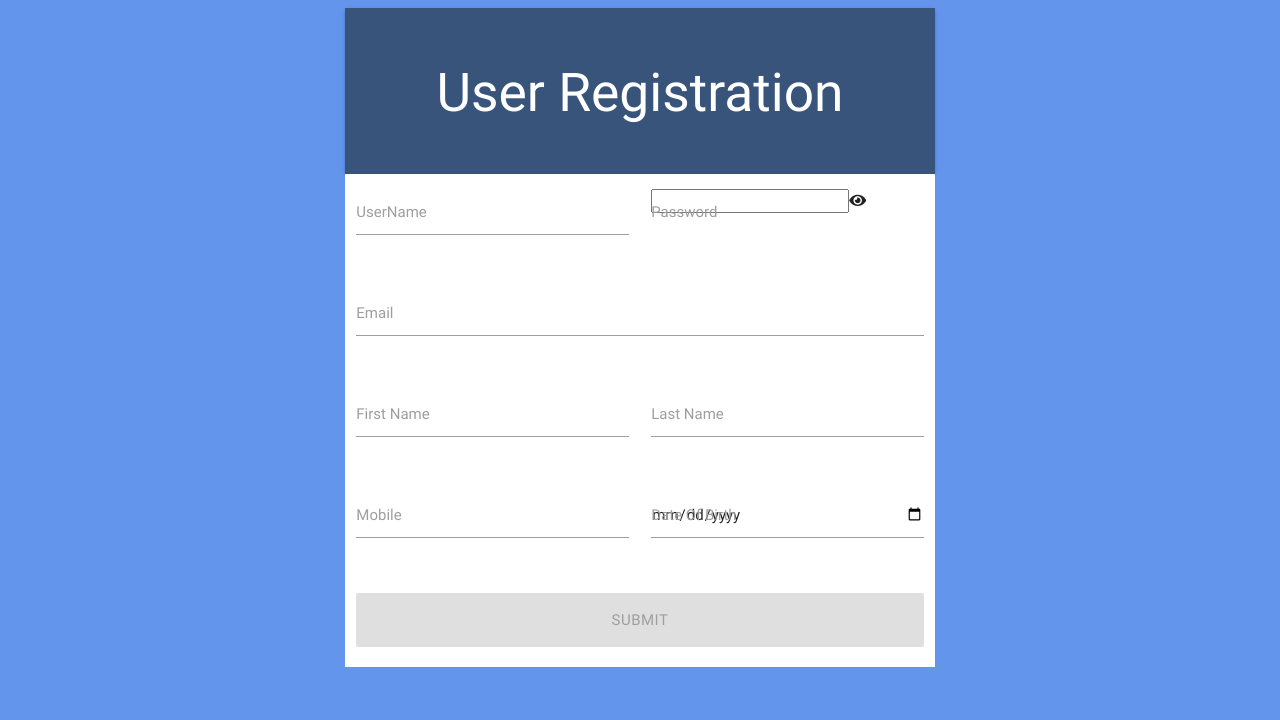
Repository: Nirmit04/Session-Management
Page: / (app in webapp/)
An editor plug-in stored every save of this project. The page is shown before and after the next save, followed by the edit.
The browser window is 1280 px wide. The pictures show the whole page.
Some web libraries are served in a nearby version. The project was rebuilt for these pictures with package versions that can differ from the ones it lists, and the page was loaded fresh each time. Also part of the build but not shown: webapp/angular.json.

Above is the page before, as saved 2019-02-14 17:36:28.

### webapp/src/index.html
<!doctype html>
<html lang="en">

<head>
  <meta charset="utf-8">
  <title>Llr</title>
  <base href="/">

  <meta name="viewport" content="width=device-width, initial-scale=1">
  <link rel="icon" type="image/x-icon" href="favicon.ico">
  <link rel="stylesheet" href="https://use.fontawesome.com/releases/v5.7.2/css/all.css" integrity="sha384-fnmOCqbTlWIlj8LyTjo7mOUStjsKC4pOpQbqyi7RrhN7udi9RwhKkMHpvLbHG9Sr" crossorigin="anonymous">
  <link rel="stylesheet" href="https://cdnjs.cloudflare.com/ajax/libs/materialize/0.100.2/css/materialize.min.css">
</head>

<body style="background-color:#6495ED;">
  <app-root></app-root>
  <script src="https://ajax.googleapis.com/ajax/libs/jquery/3.2.1/jquery.min.js"></script>
  <script src="https://cdnjs.cloudflare.com/ajax/libs/materialize/0.100.2/js/materialize.min.js"></script>
</body>

</html>

### webapp/src/styles.css
/* You can add global styles to this file, and also import other style files */
div.sm-jumbotron{
    margin: 0px;
    padding: 2rem;
    background-color: #38547b;
    color: #fff;
}

button.btn-submit{
    background-color: #38547b;
    color: #fff;
    width: 100%;
}
button.btn-submit:focus,button.btn-submit:hover{
    background-color: #38547b;
}

input.ng-invalid.ng-dirty{
    border-bottom-color : #e91e63 !important;
    box-shadow: 0 1px 0 0 #e91e63 !important;
}

#toast-container > div {
    opacity:1;
}

#abc{
    display:block;
}

### webapp/src/app/app.module.ts
import { BrowserModule } from '@angular/platform-browser';
import { NgModule } from '@angular/core';
import { FormsModule } from '@angular/forms';
import { AppRoutingModule } from './app-routing.module';
import { AppComponent } from './app.component';
import { SignUpComponent } from './sign-up/sign-up/sign-up.component';
import { HttpClientModule } from '@angular/common/http';
import { UserService } from './shared/user.service';
import { ToastrModule } from 'ngx-toastr';
import { BrowserAnimationsModule } from '@angular/platform-browser/animations';
@NgModule({
  declarations: [
    AppComponent,
    SignUpComponent
  ],
  imports: [
    BrowserModule,
    AppRoutingModule,
    FormsModule,
    HttpClientModule,
    ToastrModule.forRoot(),
    BrowserAnimationsModule
  ],
  providers: [UserService],
  bootstrap: [AppComponent]
})
export class AppModule { }

### webapp/src/app/app.component.ts
import { Component } from '@angular/core';

@Component({
  selector: 'app-root',
  templateUrl: './app.component.html',
  styleUrls: ['./app.component.css']
})
export class AppComponent {
  title = 'llr';
}

### webapp/src/app/sign-up/sign-up/sign-up.component.ts
import { Component, OnInit } from '@angular/core';
import { User } from 'src/app/shared/user.model';
import { NgForm } from '@angular/forms';
import { UserService } from 'src/app/shared/user.service';
import { ToastrService } from 'ngx-toastr';

@Component({
  selector: 'app-sign-up',
  templateUrl: './sign-up.component.html',
  styleUrls: ['./sign-up.component.css']
})
export class SignUpComponent implements OnInit {
  user: User;
  emailPattern = '^[a-z0-9._%+-]+@[a-z0-9.-]+\.[a-z]{2,4}$';

  constructor(private userService: UserService, private toastr: ToastrService) { }

  ngOnInit() {
    this.resetForm();
  }

  resetForm(form?: NgForm) {
    if (form != null) {
      form.reset();
    }
    this.user = {
      UserName: '',
      Password: '',
      Email: '',
      FirstName: '',
      LastName: '',
      Mobile: '',
      dob: null
    };
  }

  OnSubmit(form: NgForm) {
    this.userService.registerUser(form.value)
      .subscribe((data: any) => {
        if (data.Succeeded === true) {
          this.resetForm(form);
          this.toastr.success('User registration successful');
        } else {
          this.toastr.error(data.Errors[0]);
        }
      });
  }

}

### webapp/src/app/shared/user.service.ts
import { Injectable } from '@angular/core';
import { HttpClient } from '@angular/common/http';
import { HttpResponse } from '@angular/common/http';
// import { Observable } from 'rxjs';
// import 'rxjs/add/operator/map';
import { User } from './user.model';

@Injectable({
  providedIn: 'root'
})
export class UserService {
  readonly rootUrl = 'http://dfaa1473.ngrok.io';

  constructor(private http: HttpClient) { }
  registerUser(user: User) {
    const body = {
      UserName: user.UserName,
      Password: user.Password,
      Email: user.Email,
      FirstName: user.FirstName,
      LastName: user.LastName,
      Mobile: user.Mobile,
      DateOfBirth: user.dob
    };
    return this.http.post(this.rootUrl + '//api/User/Register', body);
  }

}

### webapp/src/app/app.component.html
<!--The content below is only a placeholder and can be replaced.-->
<div class="container">
  <app-sign-up></app-sign-up>
</div>
<router-outlet></router-outlet>

### webapp/src/app/sign-up/sign-up/sign-up.component.html
<div class="row">
  <div class="col s8 offset-s2">
    <div class="card">
      <div class="sm-jumbotron center-align">
        <h2>User Registration</h2>
      </div>
      <form class="col s12 white" #userRegistrationForm="ngForm" (ngSubmit)="OnSubmit(userRegistrationForm)">
        <div class="row">
          <div class="input-field col s6">
            <input  class="validate" type="text" name="UserName" #UserName="ngModel" [(ngModel)]="user.UserName"
              required>
            <label data-error="Required field!">UserName</label>
          </div>
          <div class="input-field col s6">

            <input  class="validate" [type]="visible" name="Password" #Password="ngModel" [(ngModel)]="user.Password"
              required minlength="4"> <i  (click)="toggle1()" class="fas fa-eye"></i>
            <label
              [attr.data-error]="Password.errors!=null?(Password.errors.required?'Required field!':'Minimum 4 characters needed'):''">Password</label>
          </div>
        </div>
        <div class="row">
          <div class="input-field col s12">
            <input class="validate" type="text" name="Email" #Email="ngModel" [(ngModel)]="user.Email"
              [pattern]="emailPattern">
            <label data-error="Invalid email!">Email</label>
          </div>
        </div>
        <div class="row">
          <div class="input-field col s6">
            <input type="text" name="FirstName" #FirstName="ngModel" [(ngModel)]="user.FirstName">
            <label>First Name</label>
          </div>
          <div class="input-field col s6">
            <input type="text" name="LastName" #LastName="ngModel" [(ngModel)]="user.LastName">
            <label>Last Name</label>
          </div>
        </div>
        <div class="row">
          <div class="input-field col s6">
            <input class="validate" type="text" pattern="[6-9]\d{9}$" name="Mobile" #Mobile="ngModel" [(ngModel)]="user.Mobile" required minlength="10" maxlength="10" >
            <label [attr.data-error]="Mobile.errors!=null?(Mobile.errors.required?'Required field!':'10 characters needed'):''">Mobile</label>
          </div>
          <div class="input-field col s6">
            <input type="date" class="validate" name="dob" #dob="ngModel" [(ngModel)]="user.dob"  required >
            <label  data-error="Required field!" >Date Of Birth</label>
          </div>
        </div>
        <div class="row">
          <div class="input-field col s12">
            <button [disabled]="!userRegistrationForm.valid" class="btn-large btn-submit" type="submit">Submit</button>
          </div>
        </div>
      </form>
    </div>
  </div>
</div>

Loaded but not shown: webapp/src/main.ts (common file); webapp/src/environments/environment.ts (common file); webapp/src/app/app-routing.module.ts (common file); webapp/src/app/app.component.css (no stored copy; drawn as an empty file); webapp/src/app/sign-up/sign-up/sign-up.component.css (no stored copy; drawn as an empty file)

After the next save:
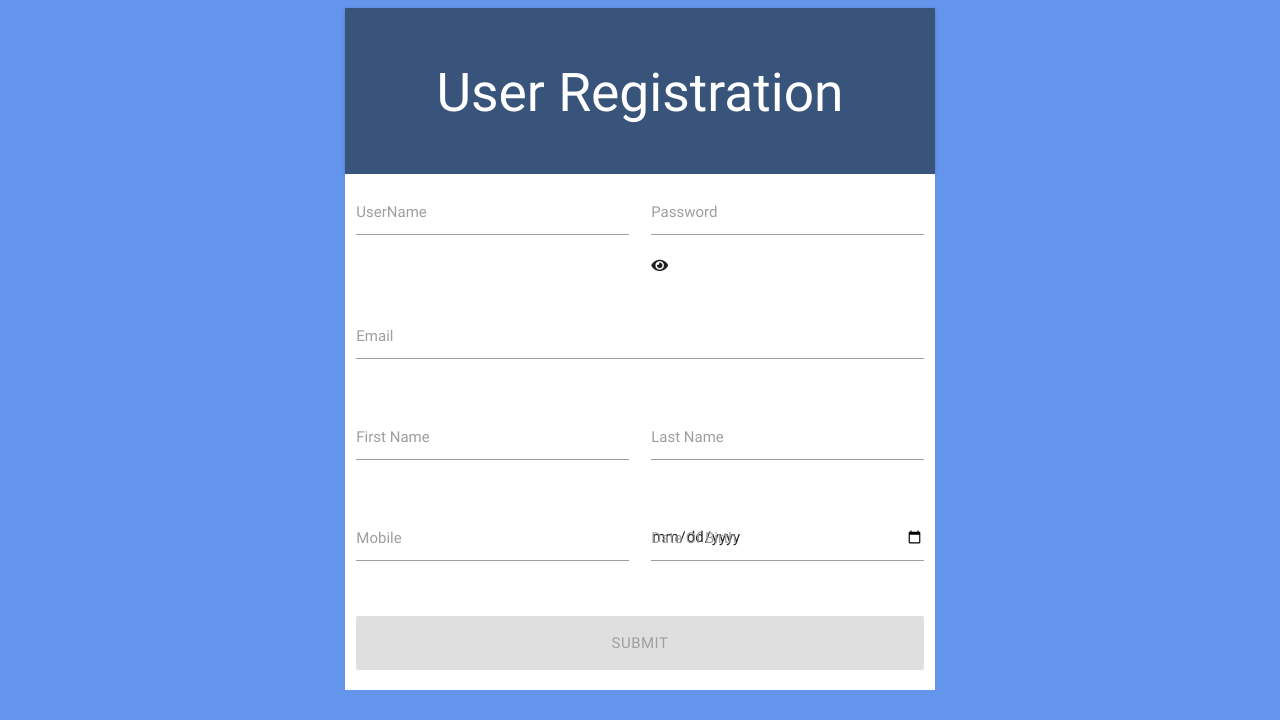
Saved 26 s later.
--- a/webapp/src/app/sign-up/sign-up/sign-up.component.ts
+++ b/webapp/src/app/sign-up/sign-up/sign-up.component.ts
@@ -12,7 +12,7 @@ import { ToastrService } from 'ngx-toastr';
 export class SignUpComponent implements OnInit {
   user: User;
   emailPattern = '^[a-z0-9._%+-]+@[a-z0-9.-]+\.[a-z]{2,4}$';
-
+  visible = "text";
   constructor(private userService: UserService, private toastr: ToastrService) { }
 
   ngOnInit() {
